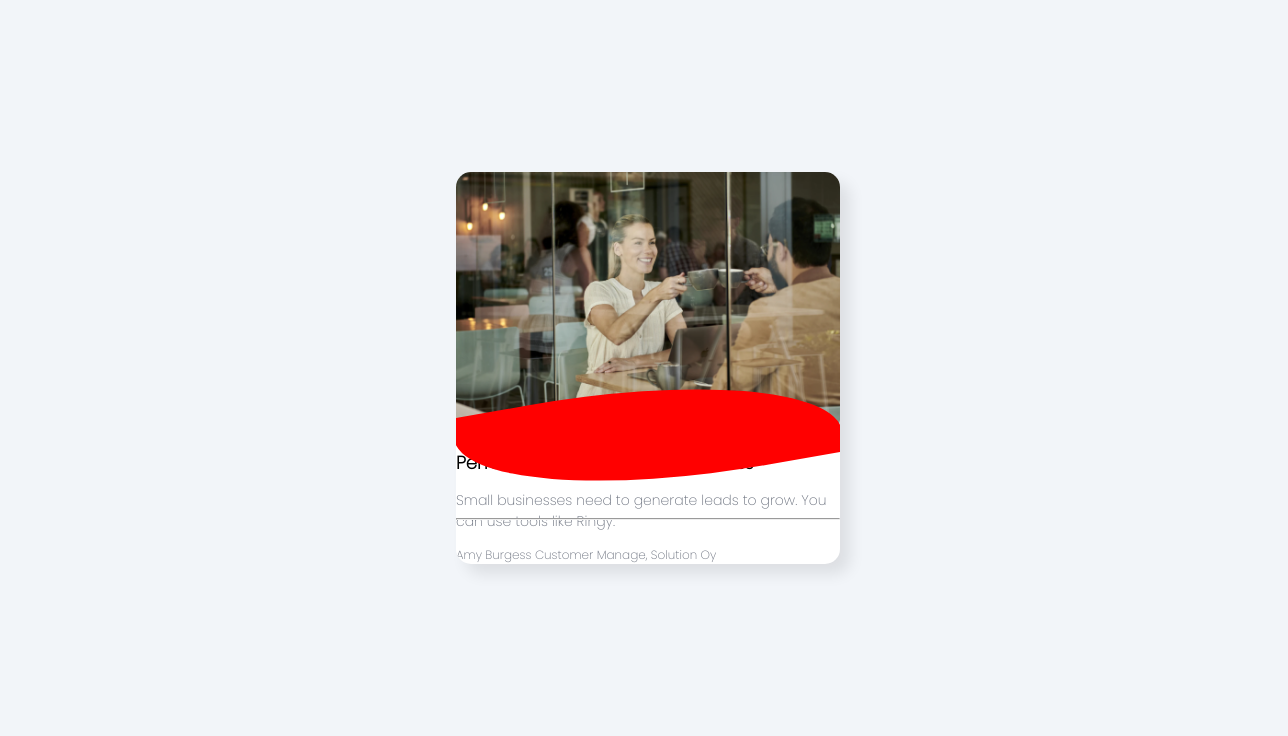
Repository: massndongo/business-blog-card
Page: index.html
An editor plug-in stored every save of this project. The page is shown before and after a run of saves, followed by the edit.
The browser window is 1280 px wide. The page is 1288 px wide, so the pictures cover 1288 px, including what lies to the right of the window. The pictures show the whole page.

Above is the page before, as saved 2023-11-08 04:10:03.

### index.html
<!DOCTYPE html>
<html lang="en">
<head>
    <meta charset="UTF-8">
    <meta name="viewport" content="width=device-width, initial-scale=1.0">
    <link rel="stylesheet" href="css/styles.css">
    <title>Responsive Web Developer Starter - devchallenges.io</title>
    <link rel="icon" href="images/favicon.ico" type="image/x-icon" sizes="any">
</head>
<body>
    <div class="card">
        <img src="images/hero-image-business-card.png" alt="" srcset="">
        <div class="wavy">
        </div>
        <h1 class="title">Perfect solution for small business</h1>
        <p class="corps">Small businesses need to generate leads to grow. You can use tools like Ringy.</p>
        <hr>
        <div class="small">
            <!-- <img src="images/avatar-image-business-card.png" alt="" srcset=""> -->
            <div>
                <span>Amy Burgess</span>
                <span>Customer Manage, Solution Oy</span>
            </div>
        </div>
    </div>
</body>
</html>

### css/styles.css
@import url('https://fonts.googleapis.com/css2?family=Poppins:wght@200&display=swa');

* {
    box-sizing: border-box;
    font-family: 'Poppins', sans-serif;
    overflow: hidden;
}

/* Add some styles for body*/
body {
    width: 100%;
    height: 100vh;
    background-color: #F2F5F9;
    display: flex;
    justify-content: center;
    align-items: center;

}

.card{
    position: relative;
    flex-direction: column;
    background-color: #FFFFFF;
    box-shadow: 10px 10px 15px 0px rgba(0, 0, 0, 0.09);
    width: 30%;
    height: auto;
    border-radius: 15px;
}
.card img{
    width: 100%;
    border-radius: 10px;
}
.wavy{
    height: 100px;
    background-color: red;
    border-radius: 0 80%;
    transform: rotate(-10deg);
    position: absolute;
    bottom: 20%;
    left: 0;
    right: 0;
}
.waveRight{
    height: 100px;
    width: 50%;
    background-color: green;
}
.waveLeft{
    height: 100px;
    width: 50%;
    background-color: blue;
}
.title{
    font-size: 18px;

}
.corps{
    font-size: 14px;

}
.small{
    position: relative;
    font-size: 12px;
}
.corps, .small, hr{
    color: #6C727F
}
hr{
    width: 100%;
    height: 1px;
    position: absolute;
    bottom: 9%;
    left: 0;
    right: 0;
    background-color: #6c727f85;
}

@media screen and (max-width: 768px) {
    .card {
        width: 90%;
    }
}

After the next 2 saves:
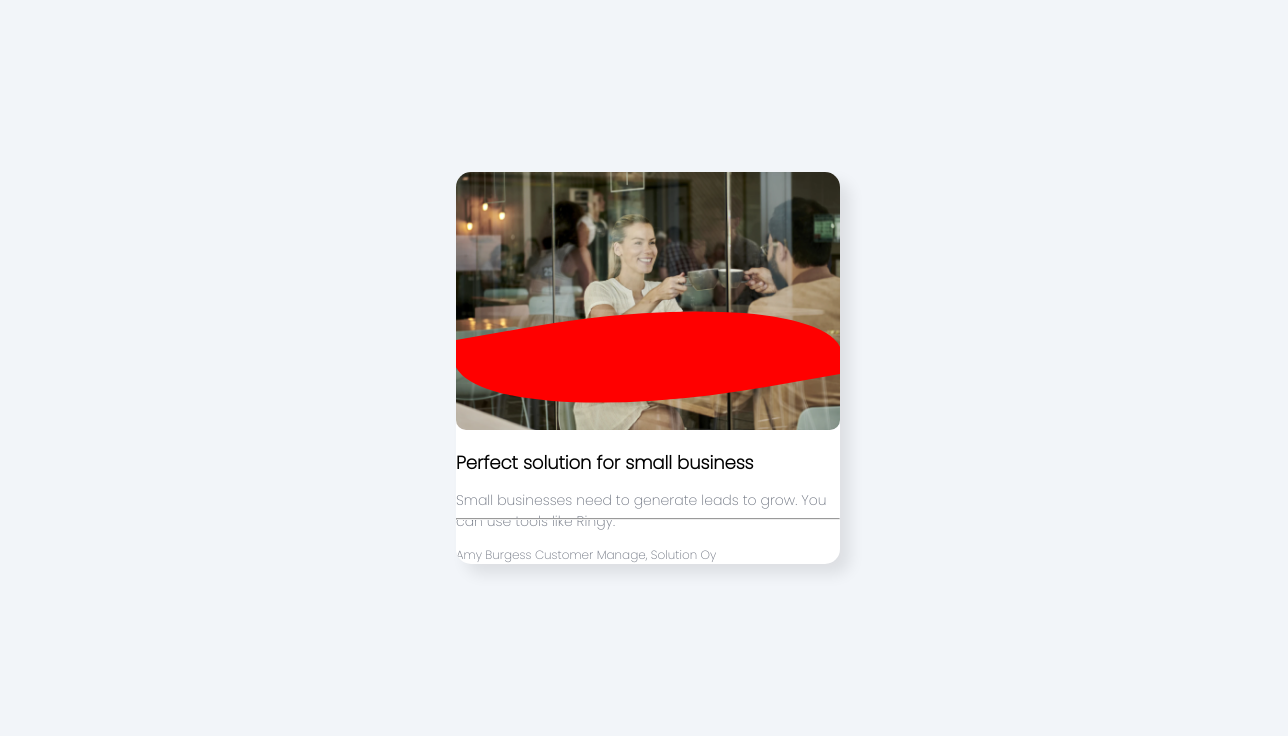
The 2 saves are shown as one change because they came seconds apart.
The last was saved 12 s later.
--- a/css/styles.css
+++ b/css/styles.css
@@ -36,7 +36,7 @@ body {
     border-radius: 0 80%;
     transform: rotate(-10deg);
     position: absolute;
-    bottom: 20%;
+    bottom: 40%;
     left: 0;
     right: 0;
 }
